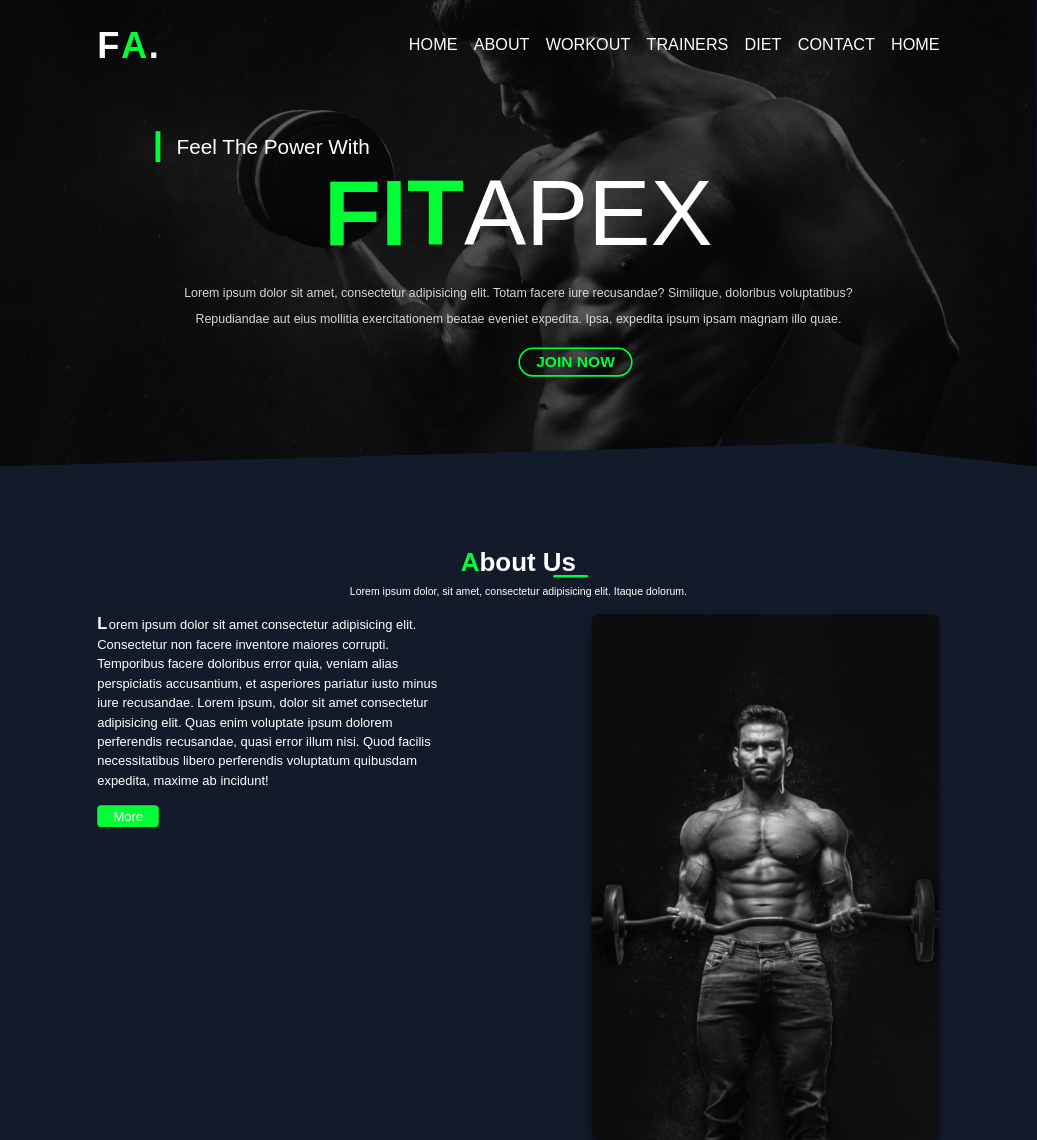
Repository: guilhermecardoso93/fitapex
Page: index.html
An editor plug-in stored every save of this project. The page is shown before and after the next save, followed by the edit.
The browser window is 1280 px wide. The pictures show the whole page, at 81% of full size.

Above is the page before, as saved 2023-03-05 21:29:07.

After the next save:
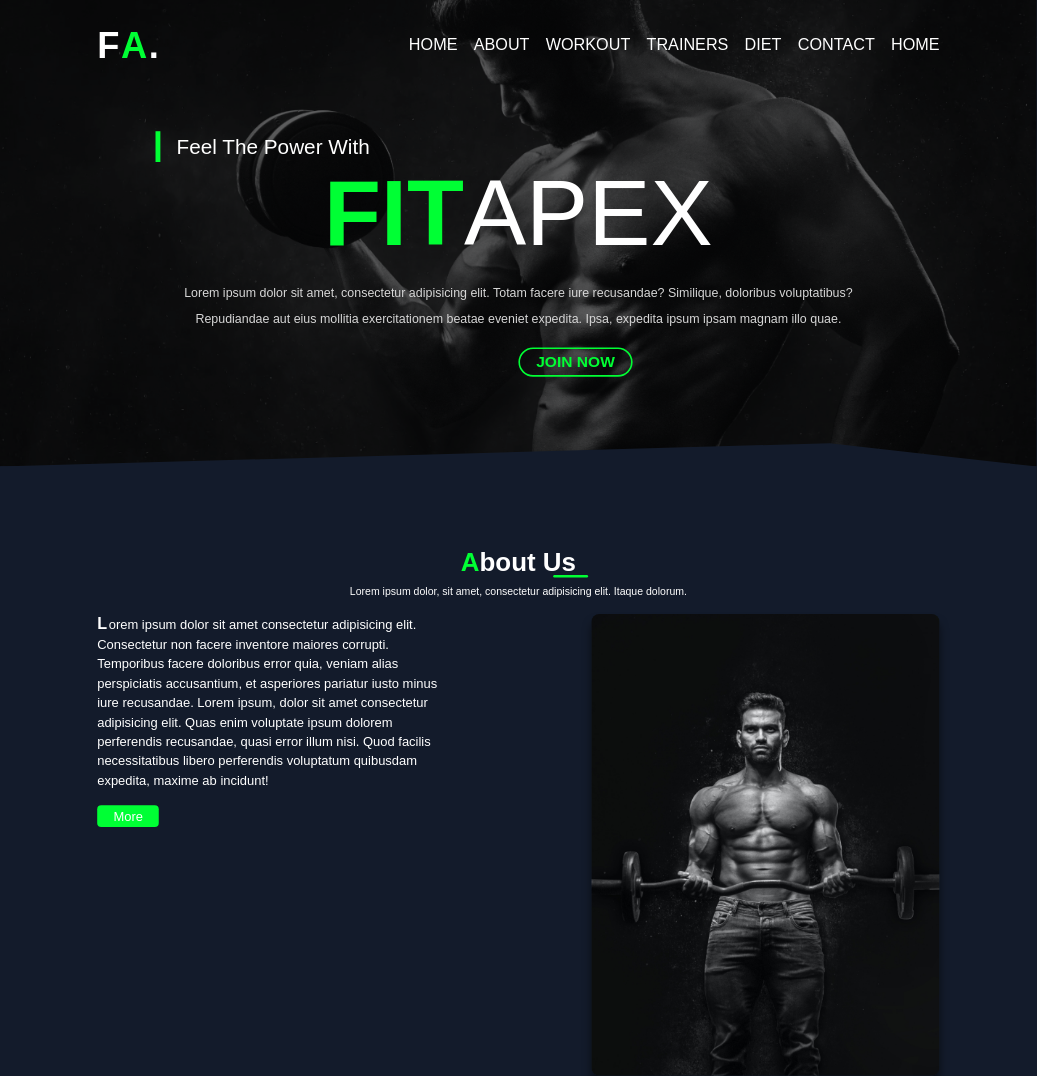
Saved 7 s later.
--- a/css/_about.css
+++ b/css/_about.css
@@ -74,7 +74,7 @@ span {
 
 .about .content .cols .box {
   position: relative;
-  height: 650px;
+  height: 570px;
   box-shadow: 0 10px 10px rgba(0, 0, 0, 0.5);
   border-radius: 10px;
 }
